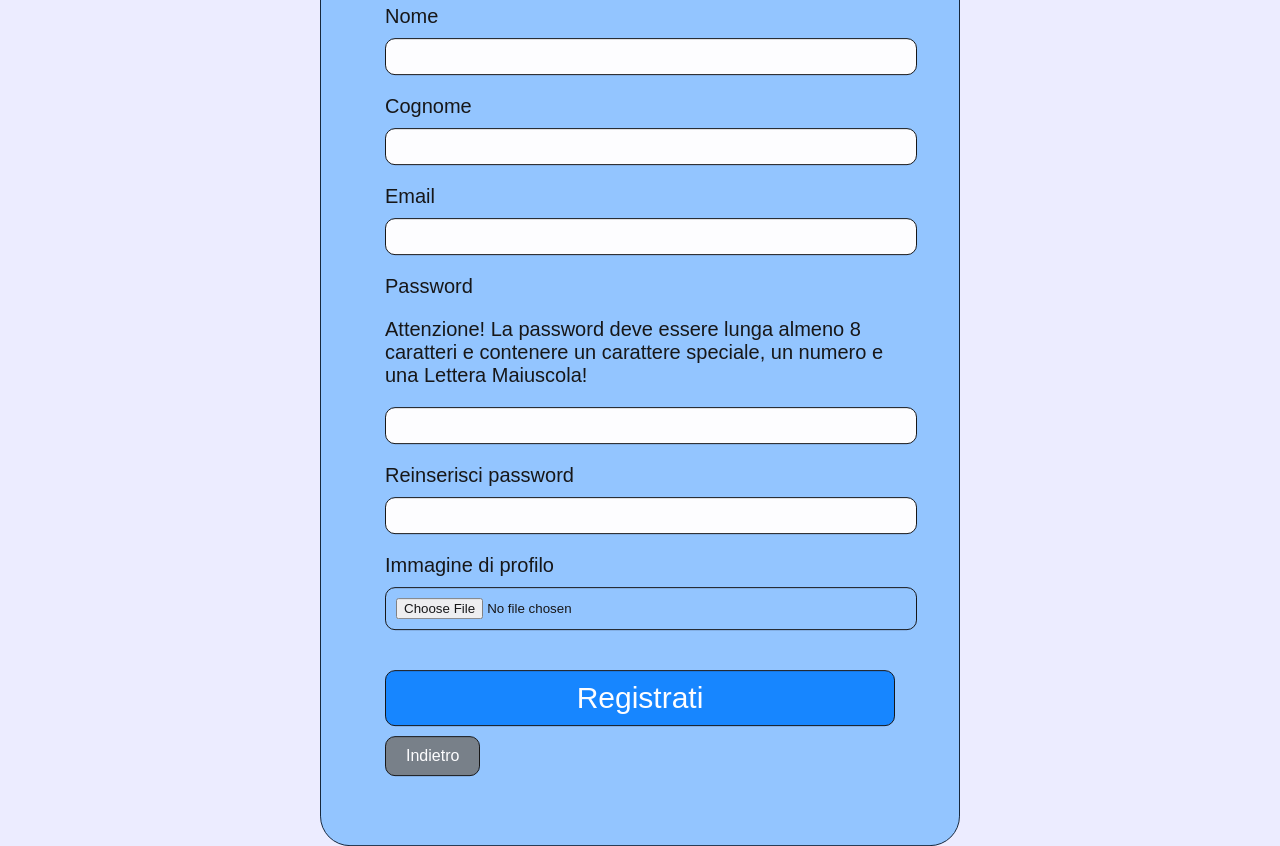
Repository: GabrielCellammare/WebApplication-SA-CyberSecurity
Page: http://localhost/WebProject-CellammareGabriel_ApplicationSecurity_/registration.jsp
These files come from the project's save history. The page is drawn as it stood at one moment and after the next save; the edit follows.
The browser window is 1280 px wide. The pictures show the whole page.
The page is served by Tomcat 9. Nobody is signed in. The application's start-up code is not run. Other server files are loaded and not shown.

Above is the page before, as saved 2024-03-09 08:04:34.

### WebProject-CellammareGabriel(ApplicationSecurity)/WebContent/registration.jsp
<%@ page language="java" contentType="text/html; charset=ISO-8859-1"
    pageEncoding="ISO-8859-1"%>
<!DOCTYPE html>
<html>
    <head>
        <title>Registrazione Web Application Cellammare Gabriel</title>
         <style>
         	<%@include file="/WEB-INF/css/styleRegistration.css"%>
         </style>
    </head>
    <body>
        <div class="container">
            <h1>Registrazione Web Application</h1>
            <form action="RegistrationServlet" method="post" enctype="multipart/form-data">
            	<div class="field">
                    <label for="name">Nome</label>
                    <input type="name" name="name" id="name" required>
                </div>
                <div class="field">
                    <label for="surname">Cognome</label>
                    <input type="surname" name="surname" id="surname" required>
                </div>
                <div class="field">
                    <label for="email">Email</label>
                    <input type="email" name="email" id="email" required>
                </div>
                <div class="field">
                    <label for="password">Password</label>
                    <p>Attenzione! La password deve essere lunga almeno 8 caratteri e contenere un carattere speciale, un numero e una Lettera Maiuscola!</p>
                    <input type="password" name="password" id="password" onclick="showPasswordHint()" required>
                </div>
                <div class="field">
                    <label for="retype-password">Reinserisci password</label>
                    <input type="password" name="retype-password" id="retype-password" required>
                </div>
                <div class="field">
                    <label for="image">Immagine di profilo</label>
                    <input type="file" name="image" id="image">
                </div>
                <input type="submit" value="Registrati">
                <a href="index.jsp" class="btn">Indietro</a>
            </form>

        </div>
    </body>
</html>

### WebProject-CellammareGabriel(ApplicationSecurity)/WebContent/WEB-INF/css/styleRegistration.css
@charset "ISO-8859-1";
body {
  font-family: sans-serif;
  background-color: #ececff;
}

.btn {
  display: inline-block;
  padding: 10px 20px;
  margin-top: 10px;
  margin-bottom: 5px;
  background-color: #6c757d;
  color: #fff;
  border: 1px solid black;
  border-radius: 10px;
  cursor: pointer;
  text-decoration:none;
}


.container {
  margin: 0 auto;
  max-width: 80vw;
  padding: 5vw;
  background-color: #8ac1ff;
  opacity: 0.9;
  border-radius: 30px;
  border:1px solid #001328;
  position: absolute;
  top: 50%;
  left: 50%;
  transform: translate(-50%, -50%);
}



h1 {
  text-align: center;
  font-size: 25px;
  font-weight: bold;
  margin-bottom: 20px;
}


.field {
  margin-bottom: 20px;
  font-size: 20px;
}

label {
  display: block;
  margin-bottom: 10px;
}

input {
  width: 100%;
  padding: 10px;
  border: 1px solid black;
  border-radius: 10px;
}

input[type="submit"] {
  margin-top:20px;
  background-color: #007bff;
  color: #fff;
  border: 1px solid black;
  border-radius: 10px;
  font-size: 30px;
  cursor: pointer;
}

.image {
  width: 200px;
  height: 200px;
  margin-bottom: 20px;
}

After the next save:
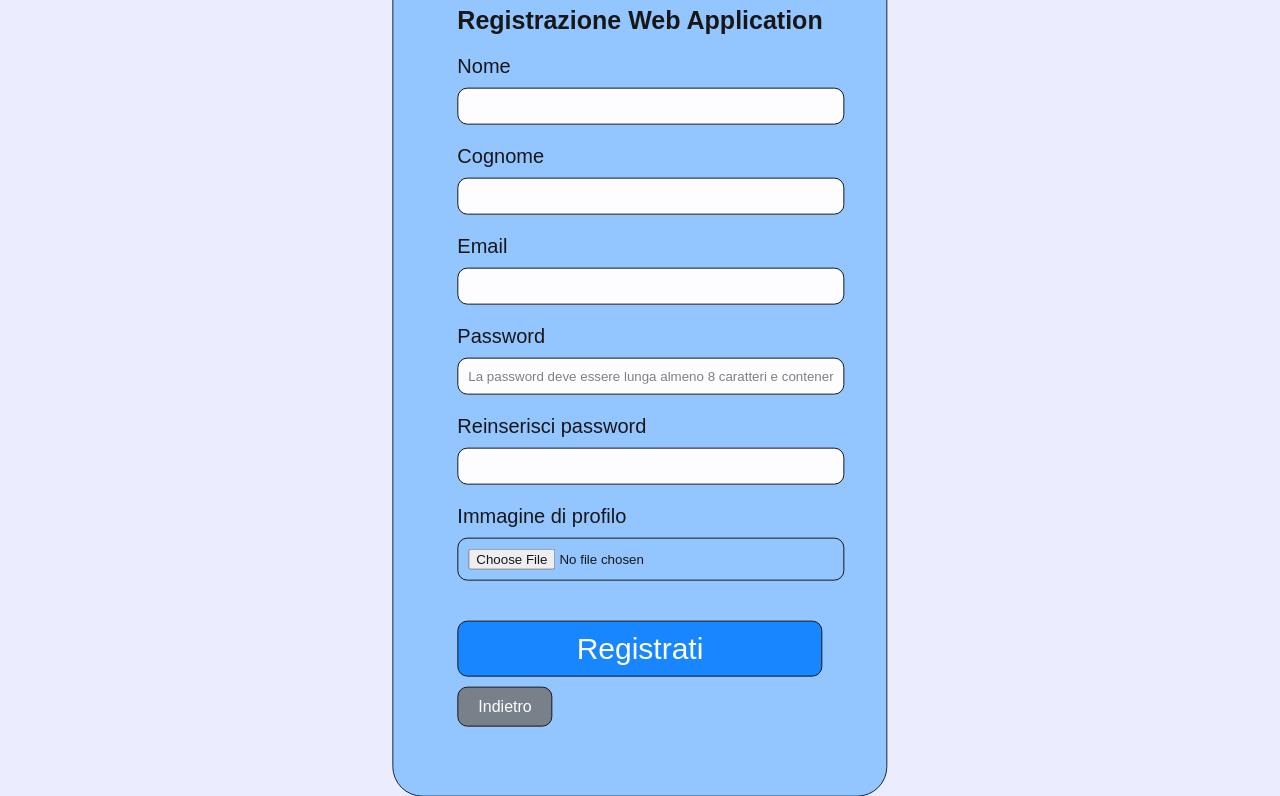
Saved 100 s later.
--- a/WebProject-CellammareGabriel(ApplicationSecurity)/WebContent/registration.jsp
+++ b/WebProject-CellammareGabriel(ApplicationSecurity)/WebContent/registration.jsp
@@ -26,8 +26,7 @@
                 </div>
                 <div class="field">
                     <label for="password">Password</label>
-                    <p>Attenzione! La password deve essere lunga almeno 8 caratteri e contenere un carattere speciale, un numero e una Lettera Maiuscola!</p>
-                    <input type="password" name="password" id="password" onclick="showPasswordHint()" required>
+                    <input type="password" name="password" id="password" placeholder="La password deve essere lunga almeno 8 caratteri e contenere un carattere speciale, un numero e una Lettera Maiuscola!"required>
                 </div>
                 <div class="field">
                     <label for="retype-password">Reinserisci password</label>
